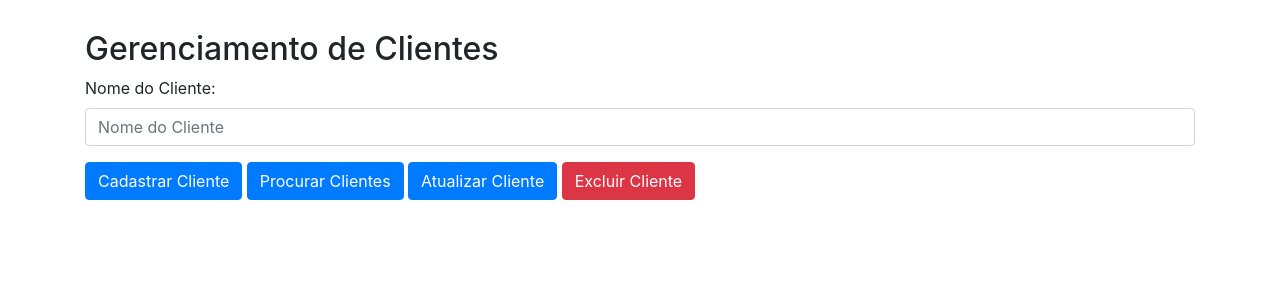
Repository: hagartelles/serveletProject
Page: BeltourServerlet/src/main/webapp/Index.html
These files come from the project's save history. The page is drawn as it stood at one moment and after the next save; the edit follows.
The browser window is 1280 px wide. The pictures show the whole page.

Above is the page before, as saved 2023-11-05 02:10:41.

After the next save:
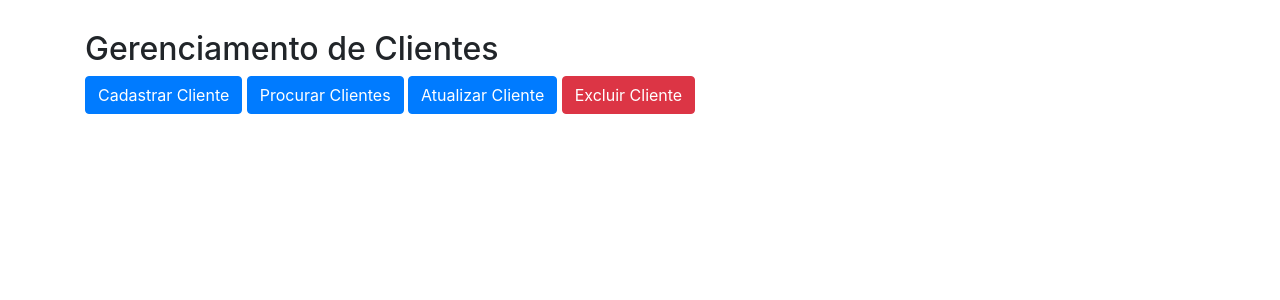
Saved 2 min 46 s later.
--- a/BeltourServerlet/src/main/webapp/Index.html
+++ b/BeltourServerlet/src/main/webapp/Index.html
@@ -17,10 +17,6 @@
 
     <!-- Formulário para Ações de Cliente -->
     <form id="cliente-form">
-      <div class="form-group">
-        <label for="nome">Nome do Cliente:</label>
-        <input type="text" class="form-control" id="nome" placeholder="Nome do Cliente">
-      </div>
       <button type="submit" class="btn btn-primary" name="cadastrar">Cadastrar Cliente</button>
       <button type="button" class="btn btn-primary" name="procurar">Procurar Clientes</button>
       <button type="button" class="btn btn-primary" name="atualizar">Atualizar Cliente</button>
